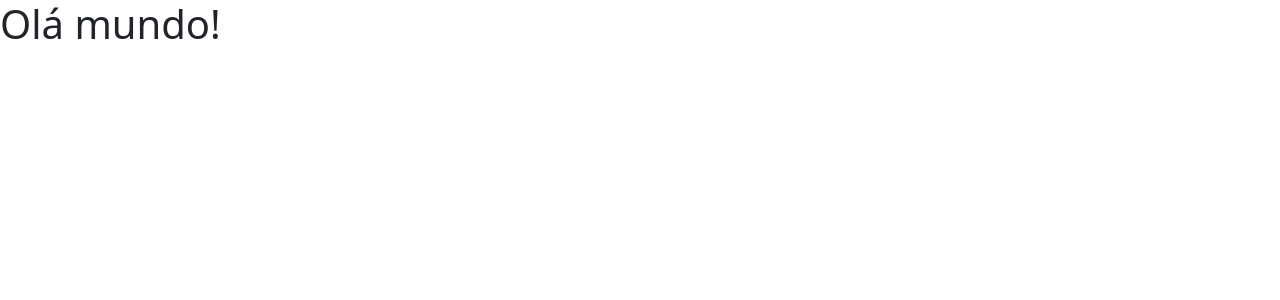
Repository: leosulzbach/Aula
Page: Bootstrap/bootstrap.html
The author's editor kept a copy of each file at every save. The page is drawn from the files as they stood at one save, then again after the next save.
The browser window is 1280 px wide. The pictures show the whole page.

Above is the page before, as saved 2022-05-26 13:32:48.

After the next save:
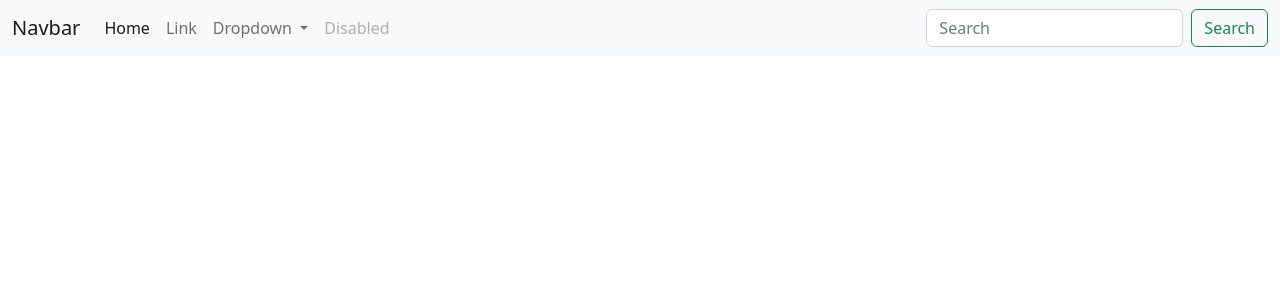
Saved 3 min 43 s later.
--- a/Bootstrap/bootstrap.html
+++ b/Bootstrap/bootstrap.html
@@ -9,6 +9,41 @@
     <title>Bootstrap</title>
 </head>
 <body>
-    <h1>Olá mundo!</h1>
+    <nav class="navbar navbar-expand-lg bg-light">
+        <div class="container-fluid">
+          <a class="navbar-brand" href="#">Navbar</a>
+          <button class="navbar-toggler" type="button" data-bs-toggle="collapse" data-bs-target="#navbarSupportedContent" aria-controls="navbarSupportedContent" aria-expanded="false" aria-label="Toggle navigation">
+            <span class="navbar-toggler-icon"></span>
+          </button>
+          <div class="collapse navbar-collapse" id="navbarSupportedContent">
+            <ul class="navbar-nav me-auto mb-2 mb-lg-0">
+              <li class="nav-item">
+                <a class="nav-link active" aria-current="page" href="#">Home</a>
+              </li>
+              <li class="nav-item">
+                <a class="nav-link" href="#">Link</a>
+              </li>
+              <li class="nav-item dropdown">
+                <a class="nav-link dropdown-toggle" href="#" id="navbarDropdown" role="button" data-bs-toggle="dropdown" aria-expanded="false">
+                  Dropdown
+                </a>
+                <ul class="dropdown-menu" aria-labelledby="navbarDropdown">
+                  <li><a class="dropdown-item" href="#">Action</a></li>
+                  <li><a class="dropdown-item" href="#">Another action</a></li>
+                  <li><hr class="dropdown-divider"></li>
+                  <li><a class="dropdown-item" href="#">Something else here</a></li>
+                </ul>
+              </li>
+              <li class="nav-item">
+                <a class="nav-link disabled">Disabled</a>
+              </li>
+            </ul>
+            <form class="d-flex" role="search">
+              <input class="form-control me-2" type="search" placeholder="Search" aria-label="Search">
+              <button class="btn btn-outline-success" type="submit">Search</button>
+            </form>
+          </div>
+        </div>
+      </nav>
 </body>
 </html>
